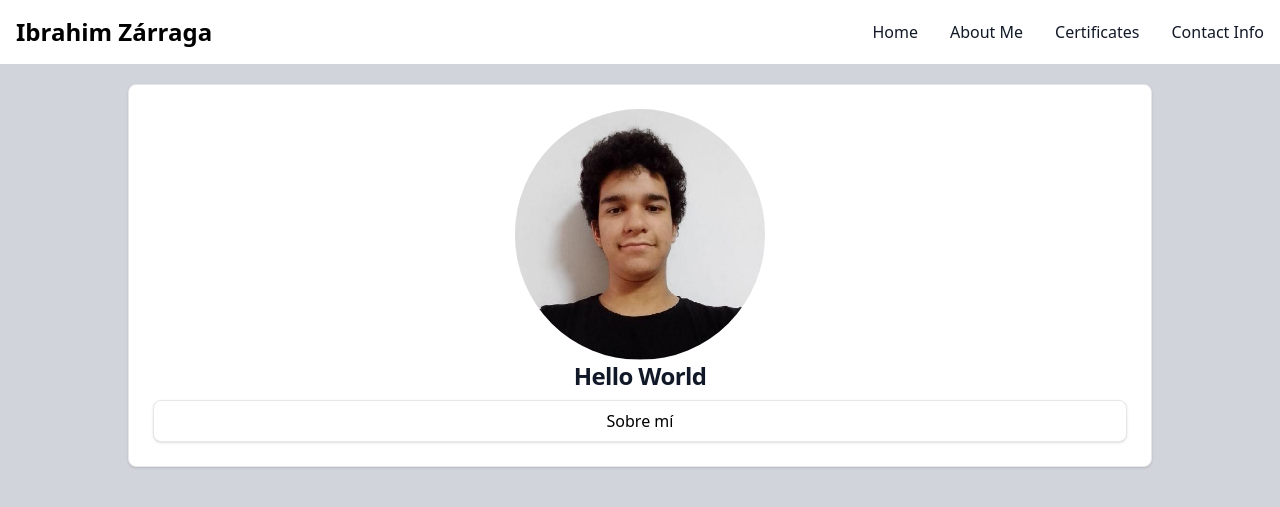
Repository: JetPi/Presentatio-Project
Page: /
These files come from the project's save history. The page is drawn as it stood at one moment and after the next save; the edit follows.
The browser window is 1280 px wide. The pictures show the whole page.
The project was rebuilt for these pictures with package versions that can differ from the ones it lists, and the page was loaded fresh each time. The framework's server and built-in components were replaced by stand-ins that run in the browser. Also part of the build but not shown: next.config.js.

Above is the page before, as saved 2023-04-03 15:15:37.

After the next save:
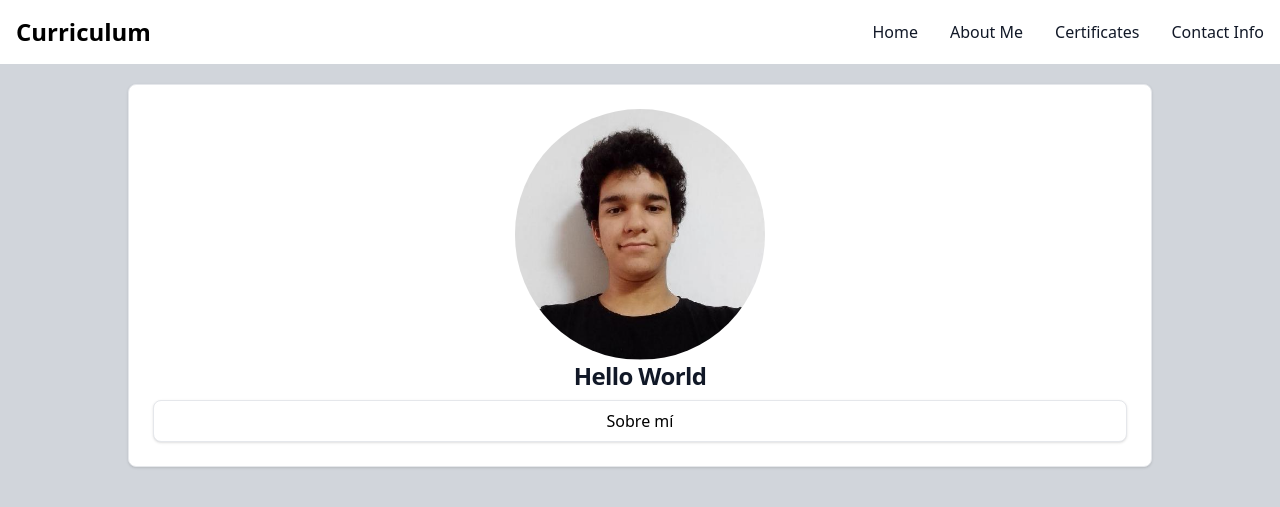
Saved 41 s later.
--- a/src/components/NavBar.tsx
+++ b/src/components/NavBar.tsx
@@ -30,7 +30,7 @@ export function NavBar({ navList }: Props) {
     <nav className="bg-white border-gray-200 dark:bg-gray-900">
       <div className="flex flex-wrap items-center justify-between max-w-screen-xl p-4 mx-auto">
         <span className="self-center text-2xl font-semibold whitespace-nowrap dark:text-white">
-          Ibrahim Zárraga
+          Curriculum
         </span>
         <button
           data-collapse-toggle="navbar-default"
